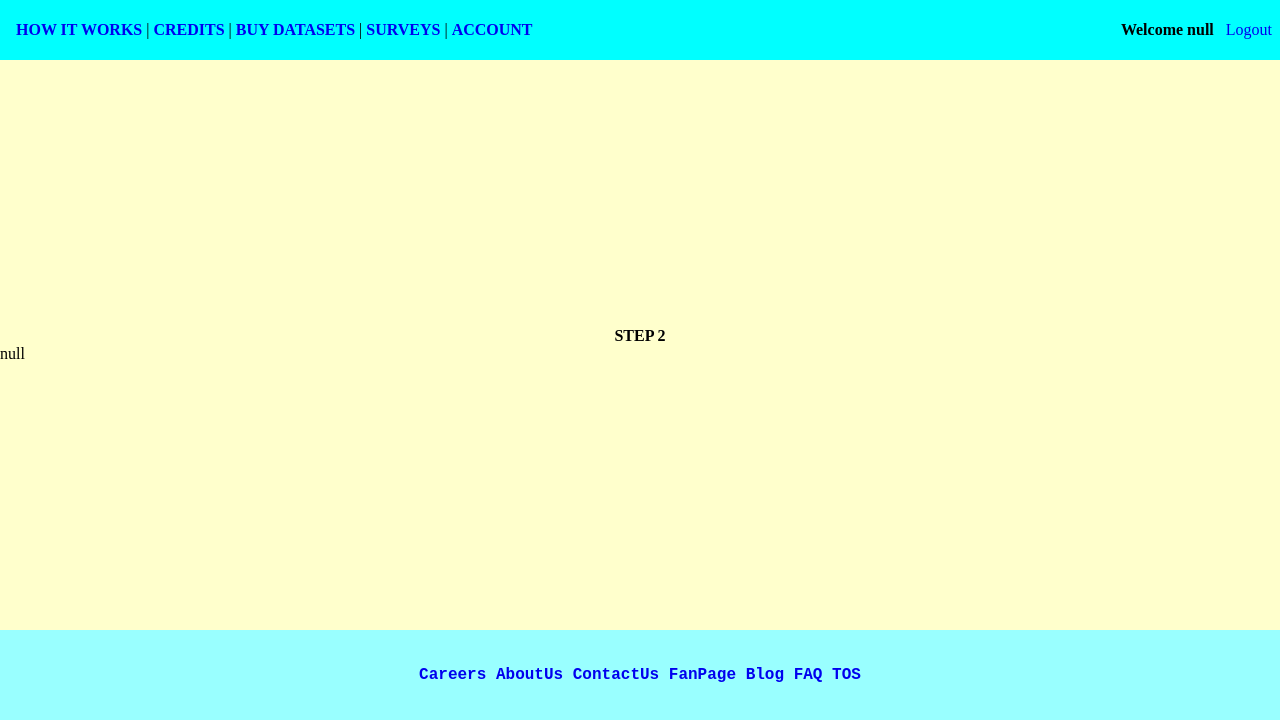
Repository: nicks707/LocoShack_TGMC-project
Page: http://localhost/ram/uploadphoto2.jsp
These files come from the project's save history. The page is drawn as it stood at one moment and after the next save; the edit follows.
The browser window is 1280 px wide. The pictures show the whole page.
The page is served by Tomcat 9. Other server files are loaded and not shown.

Above is the page before, as saved 2012-03-20 15:33:06.

### ram/WebContent/uploadphoto2.jsp
<%@ page language="java" import="java.sql.*" contentType="text/html; charset=ISO-8859-1"
    pageEncoding="ISO-8859-1"%>
    <%@page import="java.io.*"%>
<!DOCTYPE html PUBLIC "-//W3C//DTD HTML 4.01 Transitional//EN" "http://www.w3.org/TR/html4/loose.dtd">
<html>
<head>
<meta http-equiv="Content-Type" content="text/html; charset=ISO-8859-1">
<title>LocoShack-Response</title>
<style>
html, body,table
{
  height: 100%;
  width:100%;
}
</style>
</head>
<body style="margin-top:0px;margin-left:0px;margin-right:0px">
<table  width="100%" cellpadding="0" cellspacing="0"   style="background-color:#FFFFCC">
<tr  height="60px"><td><jsp:include page="header2.jsp"></jsp:include></td></tr>
<tr><td>
<center><b>STEP 2</b></center>

<%
String s=(String)session.getAttribute("imgid");
out.println(s);
%>
</td></tr>
<tr height="50px"><td><jsp:include page="footer.jsp"></jsp:include></td></tr>
</table>
</body>
</html>

### ram/WebContent/header2.jsp
<%@ page language="java" contentType="text/html; charset=ISO-8859-1"
    pageEncoding="ISO-8859-1"%>
<!DOCTYPE html PUBLIC "-//W3C//DTD HTML 4.01 Transitional//EN" "http://www.w3.org/TR/html4/loose.dtd">
<html>
<head>
<meta http-equiv="Content-Type" content="text/html; charset=ISO-8859-1">
<title>Insert title here</title>
</head>
<body style="margin-left:0px;margin-right:0px;margin-top:0px;">
<table cellpadding="0px" cellspacing="0px" width="100%">

<tr bgcolor="#00FFFF" style="height:60px;">
<td>&nbsp;&nbsp;&nbsp;&nbsp;<a href="hit.jsp"><b>HOW IT WORKS</b></a> | <a href="credits.jsp"><b>CREDITS</b></a> | <a href="buydata.jsp"><b>BUY DATASETS</b></a> | <a href="surveys.jsp"><b>SURVEYS</b></a> |  <a href="accmain.jsp"><b>ACCOUNT</b></a> </td>

<td align="right">&nbsp;&nbsp;&nbsp;&nbsp;&nbsp;&nbsp;&nbsp;&nbsp;&nbsp;&nbsp;&nbsp;&nbsp;&nbsp;&nbsp;&nbsp;&nbsp;&nbsp;&nbsp;&nbsp;&nbsp;
&nbsp;&nbsp;&nbsp;&nbsp;&nbsp;&nbsp;&nbsp;&nbsp;&nbsp;&nbsp;&nbsp;&nbsp;&nbsp;&nbsp;&nbsp;&nbsp;&nbsp;&nbsp;&nbsp;&nbsp;&nbsp;&nbsp;&nbsp;&nbsp;&nbsp;&nbsp;&nbsp;&nbsp;&nbsp;&nbsp;&nbsp;&nbsp;&nbsp;&nbsp;&nbsp;&nbsp;&nbsp;&nbsp;&nbsp;&nbsp;&nbsp;&nbsp;&nbsp;&nbsp;&nbsp;&nbsp;&nbsp;&nbsp;&nbsp;&nbsp;&nbsp;&nbsp;&nbsp;&nbsp;&nbsp;&nbsp;&nbsp;&nbsp;&nbsp;&nbsp;
<!-- code for links like welcome user/guest and signout --><b>Welcome <%=session.getAttribute("id") %></b>&nbsp;&nbsp;&nbsp;<a href="logout.jsp">Logout</a>&nbsp;&nbsp;</td>
</tr>

</table>

</body>
</html>

### ram/WebContent/footer.jsp
<%@ page language="java" contentType="text/html; charset=ISO-8859-1"
    pageEncoding="ISO-8859-1"%>
<!DOCTYPE html PUBLIC "-//W3C//DTD HTML 4.01 Transitional//EN" "http://www.w3.org/TR/html4/loose.dtd">
<html>
<head>
<meta http-equiv="Content-Type" content="text/html; charset=ISO-8859-1">
<title>Insert title here</title>
</head>
<style>
a{text-decoration:none;}
</style>
<body style="margin-top:0px;margin-left:0px;margin-right:0px;">
<table width=100% border="0px" cellpadding="0px" cellspacing="0px">
<tr    bgcolor="#99FFFF" style="height:90px;">
<td  colspan="3" width="100%"  align="center"> <font color="#330099" face="Courier New, Courier, monospace"><b><a href="careers.jsp">Careers</a> <a href="abtus.jsp">AboutUs</a> <a href="contact.jsp">ContactUs</a> <a href="http://www.facebook.com">FanPage</a> <a href="blog.jsp">Blog</a> <a href="faq.jsp">FAQ</a> <a href="tos.jsp">TOS</a></b></font></td>
</tr>


</table>

</body>
</html>

After the next save:
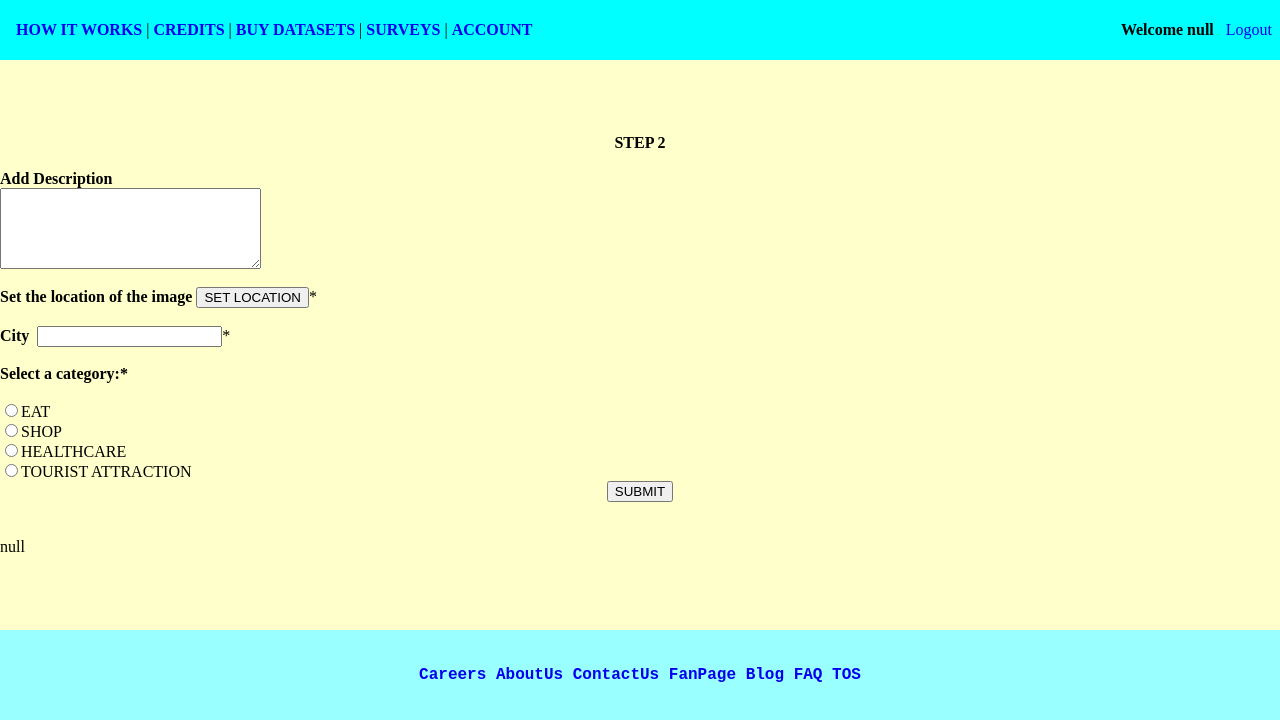
Saved 2 min 20 s later.
--- a/ram/WebContent/uploadphoto2.jsp
+++ b/ram/WebContent/uploadphoto2.jsp
@@ -13,13 +13,40 @@ html, body,table
   width:100%;
 }
 </style>
+<script type="text/javascript">
+
+function check()
+{
+	 if((document.myform.des.value.length==0)||(document.myform.lat.value.length==0)||(document.myform.lon.value.length==0)||(document.myform.city.value.length==0)||(document.myform.cat.value.length==0)	)
+
+{
+alert("ALL * FIELDS ARE MANDATORY");
+return false;
+}
+
+}
+
+</script>
 </head>
 <body style="margin-top:0px;margin-left:0px;margin-right:0px">
 <table  width="100%" cellpadding="0" cellspacing="0"   style="background-color:#FFFFCC">
 <tr  height="60px"><td><jsp:include page="header2.jsp"></jsp:include></td></tr>
 <tr><td>
-<center><b>STEP 2</b></center>
-
+<center><b>STEP 2</b></center><br/>
+<form action="" onsubmit="return check()">
+<b>Add Description</b><br/>
+<textarea rows="5" cols="30" name="des" id="des"></textarea><br/><br/>
+<b>Set the location of the image</b>&nbsp;<input type="button" value="SET LOCATION" onclick="window.open('setloc2.jsp','setloc2')">*<br/><br/>
+<input type="hidden" name="lat" id="lat" value="">
+<input type="hidden" name="lon" id="lon" value="">
+<b>City</b>&nbsp;&nbsp;<input type="text" name="city" id="city">*<br/><br/>
+<b>Select a category:*</b><br/><br/>
+<input type="radio" name="cat" value="eat">EAT<br/>
+<input type="radio" name="cat" value="shop">SHOP<br/>
+<input type="radio" name="cat" value="health">HEALTHCARE<br/>
+<input type="radio" name="cat" value="tour">TOURIST ATTRACTION<br/>
+<div align="center"><input type="submit" value="SUBMIT"></div><br/><br/>
+</form>
 <%
 String s=(String)session.getAttribute("imgid");
 out.println(s);
